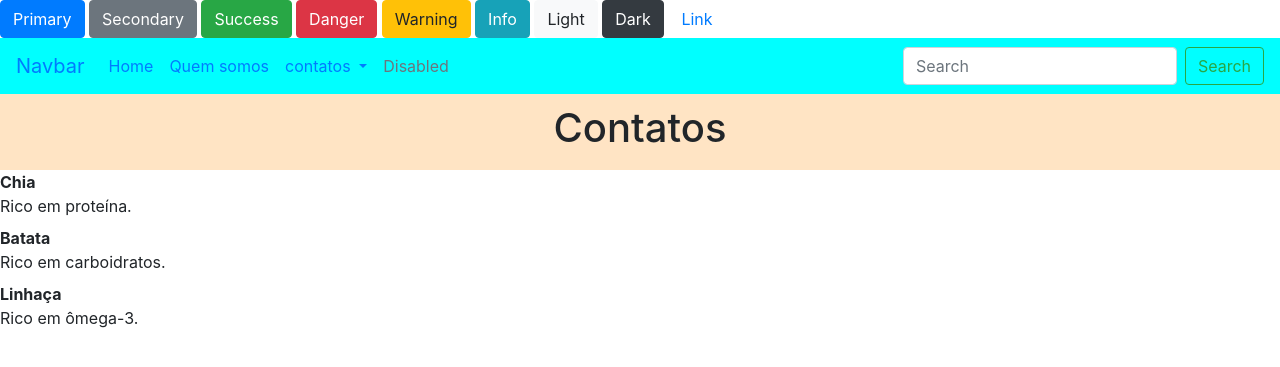
Repository: DaniloBaracho/bootstrap
Page: index.html
An editor plug-in stored every save of this project. The page is shown before and after the next save, followed by the edit.
The browser window is 1280 px wide. The pictures show the whole page.

Above is the page before, as saved 2020-05-31 17:37:10.

After the next save:
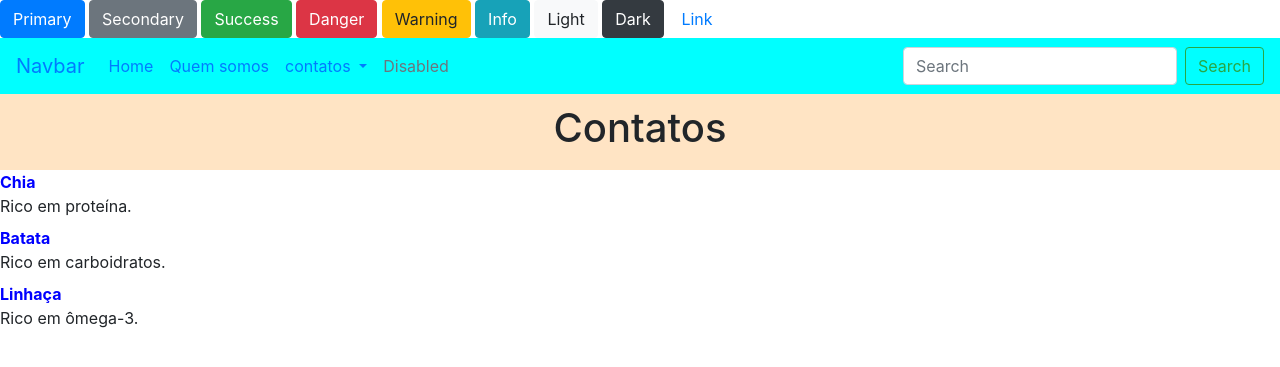
Saved 21 s later.
--- a/css/style.css
+++ b/css/style.css
@@ -9,3 +9,4 @@
      padding-bottom: 10px;
      /*margin-top: 30px*/
 }
+dt{color:blue}
